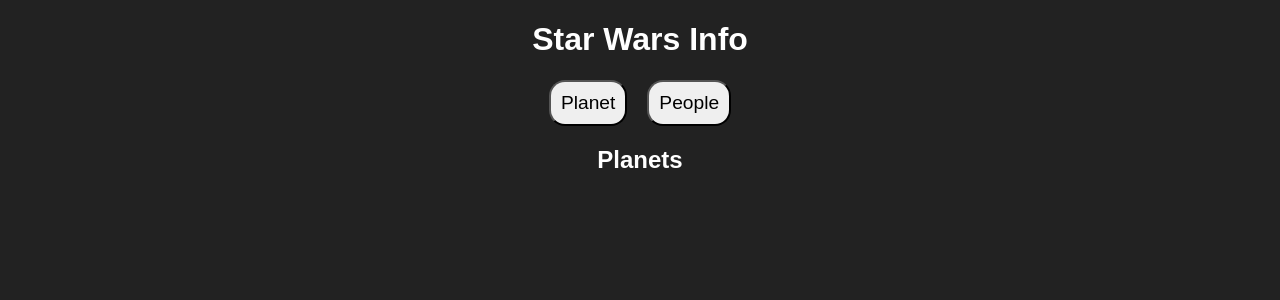
Repository: mireu-san/jikan-react-query
Page: /, after clicking the first element matching `button`
These files come from the project's save history. The page is drawn as it stood at one moment and after the next save; the edit follows.
The browser window is 1280 px wide. The pictures show the whole page.
The project was rebuilt for these pictures with package versions that can differ from the ones it lists, and the page was loaded fresh each time.

Above is the page before, as saved 2022-11-29 19:30:42.

### src/index.js
import React from "react";
import ReactDOM from "react-dom";
import App from "./App";
import { QueryClient, QueryClientProvider } from "react-query";

const queryClient = new QueryClient();

ReactDOM.render(
  <React.StrictMode>
    <QueryClientProvider client={queryClient}>
      <App />
    </QueryClientProvider>
  </React.StrictMode>,
  document.getElementById("root")
);

### src/App.js
import React, { useState } from "react";
import Navbar from "./components/Navbar";
import Planets from "./components/Planets";
import People from "./components/People";
import "./index.css";

function App() {
  const [page, setPage] = useState();

  return (
    <div className="App">
      <h1>Star Wars Info</h1>
      <Navbar setPage={setPage} />
      <div className="content">
        {page === "planets" ? <Planets /> : <People />}
      </div>
    </div>
  );
}
export default App;

// import { BrowserRouter as Router, Routes, Route } from "react-router-dom";
// import { Home } from "./Home";
// import { QueryClient, QueryClientProvider } from "@tanstack/react-query";

// function App() {
//   const client = new QueryClient({
//     defaultOptions: {
//       queries: {
//         refetchOnWindowFocus: true,
//       },
//     },
//   });
//   return (
//     <div className="App">
//       <QueryClientProvider client={client}>
//         <Router>
//           <Routes>
//             <Route path="/" element={<Home />} />
//             <Route path="*" element={<h1> PAGE NOT FOUND</h1>} />
//           </Routes>
//         </Router>
//       </QueryClientProvider>
//     </div>
//   );
// }

// export default App;

### src/components/Navbar.js
import React from "react";

const Navbar = ({ setPage }) => {
  return (
    <nav>
      <button onClick={() => setPage("planets")}>Planet</button>
      <button onClick={() => setPage("people")}>People</button>
    </nav>
  );
};

export default Navbar;

### src/components/Planets.js
import React from "react";

const Planets = () => {
  return (
    <div>
      <h2>Planets</h2>
    </div>
  );
};

export default Planets;

### src/components/People.js
import React from "react";

const People = () => {
  return (
    <div>
      <h2>People</h2>
    </div>
  );
};

export default People;

### src/index.css
body {
    margin: 0;
    font-family: Arial, Helvetica, sans-serif;
    background: #222;
    color: white;
    text-align: center;
}

.App {
    width: 960px;
    margin: 0 auto;
}

button {
    margin: 0 10px;
    padding: 10px;
    font-size: 1.2rem;
    cursor: pointer;
    border-radius: 1rem;
}

Loaded but not shown: public/index.html (common file)

After the next save:
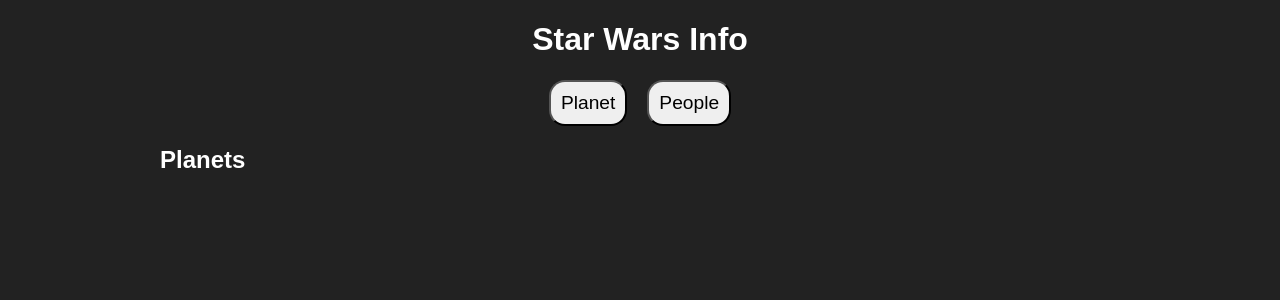
Saved 44 s later.
--- a/src/index.css
+++ b/src/index.css
@@ -18,3 +18,7 @@
     cursor: pointer;
     border-radius: 1rem;
 }
+
+.content {
+    text-align: left;
+}
